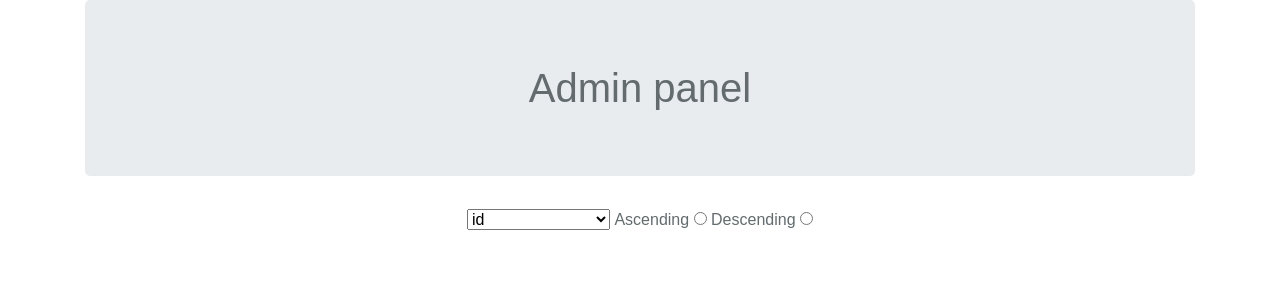
Repository: WOLVGVNG/gameclan
Page: resources/views/admin_panel.blade.php
The author's editor kept a copy of each file at every save. The page is drawn from the files as they stood at one save, then again after the next save.
The browser window is 1280 px wide. The pictures show the whole page.
The page is served by the project's Laravel application, run on PHP 8.4 with Laravel 8. The template is opened directly, without the code that normally fills it, so the values that code supplies are empty.

Above is the page before, as saved 2019-03-19 17:10:54.

After the next save:
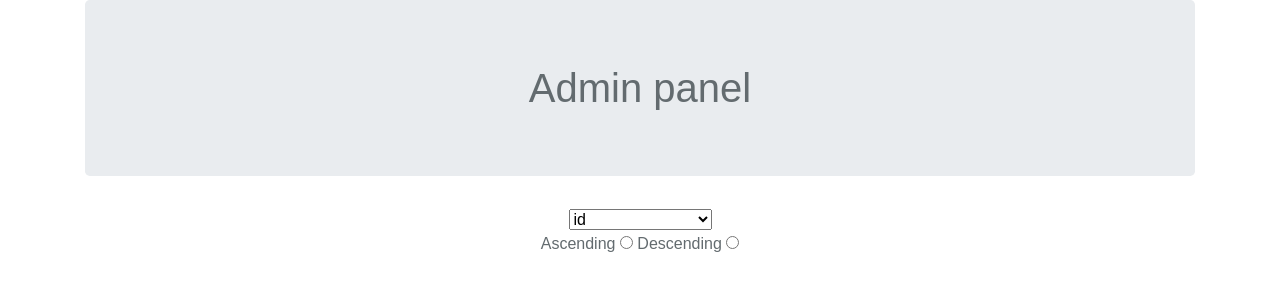
Saved 9 min 26 s later.
--- a/resources/views/admin_panel.blade.php
+++ b/resources/views/admin_panel.blade.php
@@ -3,29 +3,31 @@
 <div class='container text-center'>
     <h1 class='jumbotron'>Admin panel</h1>
     <form action='/' method='GET'>
-        <select name='filtr_type'>
-            <option>id</option>
-            <option>user_name</option>
-            <option>email</option>
-            <option>active</option>
-            <option>banned</option>
-            <option>notifiable_email</option>
-            <option>email_verified_at</option>
-            <option>remember_token</option>
-            <option>avatar</option>
-            <option>points</option>
-            <option>steam_id</option>
-            <option>facebook_id</option>
-            <option>google_id</option>
-            <option>geo</option>
-            <option>lang</option>
-            <option>ref</option>
-            <option>ref_status</option>
-            <option>ref_code</option>
-            <option>deleted_at</option>
-            <option>created_at</option>
-            <option>updated_at</option>
-        </select>
+        <div class='w-100'>
+            <select name='filtr_type'>
+                <option>id</option>
+                <option>user_name</option>
+                <option>email</option>
+                <option>active</option>
+                <option>banned</option>
+                <option>notifiable_email</option>
+                <option>email_verified_at</option>
+                <option>remember_token</option>
+                <option>avatar</option>
+                <option>points</option>
+                <option>steam_id</option>
+                <option>facebook_id</option>
+                <option>google_id</option>
+                <option>geo</option>
+                <option>lang</option>
+                <option>ref</option>
+                <option>ref_status</option>
+                <option>ref_code</option>
+                <option>deleted_at</option>
+                <option>created_at</option>
+                <option>updated_at</option>
+            </select>
+        </div>
         <label for='asc'>Ascending</label>
         <input type='radio' name='filtr_order' value='asc' id='asc'>
         <label for='desc'>Descending</label>

After the save that followed:
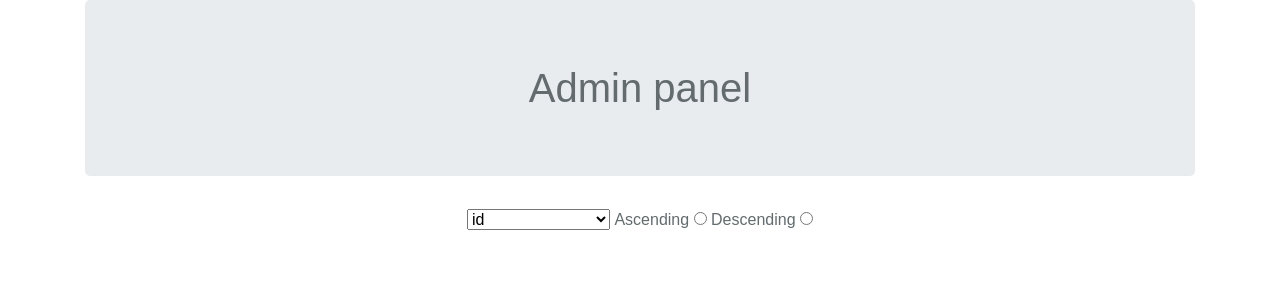
Saved 19 s later.
--- a/resources/views/admin_panel.blade.php
+++ b/resources/views/admin_panel.blade.php
@@ -4,30 +4,29 @@
     <h1 class='jumbotron'>Admin panel</h1>
     <form action='/' method='GET'>
         <div class='w-100'>
-            <select name='filtr_type'>
-                <option>id</option>
-                <option>user_name</option>
-                <option>email</option>
-                <option>active</option>
-                <option>banned</option>
-                <option>notifiable_email</option>
-                <option>email_verified_at</option>
-                <option>remember_token</option>
-                <option>avatar</option>
-                <option>points</option>
-                <option>steam_id</option>
-                <option>facebook_id</option>
-                <option>google_id</option>
-                <option>geo</option>
-                <option>lang</option>
-                <option>ref</option>
-                <option>ref_status</option>
-                <option>ref_code</option>
-                <option>deleted_at</option>
-                <option>created_at</option>
-                <option>updated_at</option>
-            </select>
-        </div>
+        <select name='filtr_type'>
+            <option>id</option>
+            <option>user_name</option>
+            <option>email</option>
+            <option>active</option>
+            <option>banned</option>
+            <option>notifiable_email</option>
+            <option>email_verified_at</option>
+            <option>remember_token</option>
+            <option>avatar</option>
+            <option>points</option>
+            <option>steam_id</option>
+            <option>facebook_id</option>
+            <option>google_id</option>
+            <option>geo</option>
+            <option>lang</option>
+            <option>ref</option>
+            <option>ref_status</option>
+            <option>ref_code</option>
+            <option>deleted_at</option>
+            <option>created_at</option>
+            <option>updated_at</option>
+        </select>
         <label for='asc'>Ascending</label>
         <input type='radio' name='filtr_order' value='asc' id='asc'>
         <label for='desc'>Descending</label>
